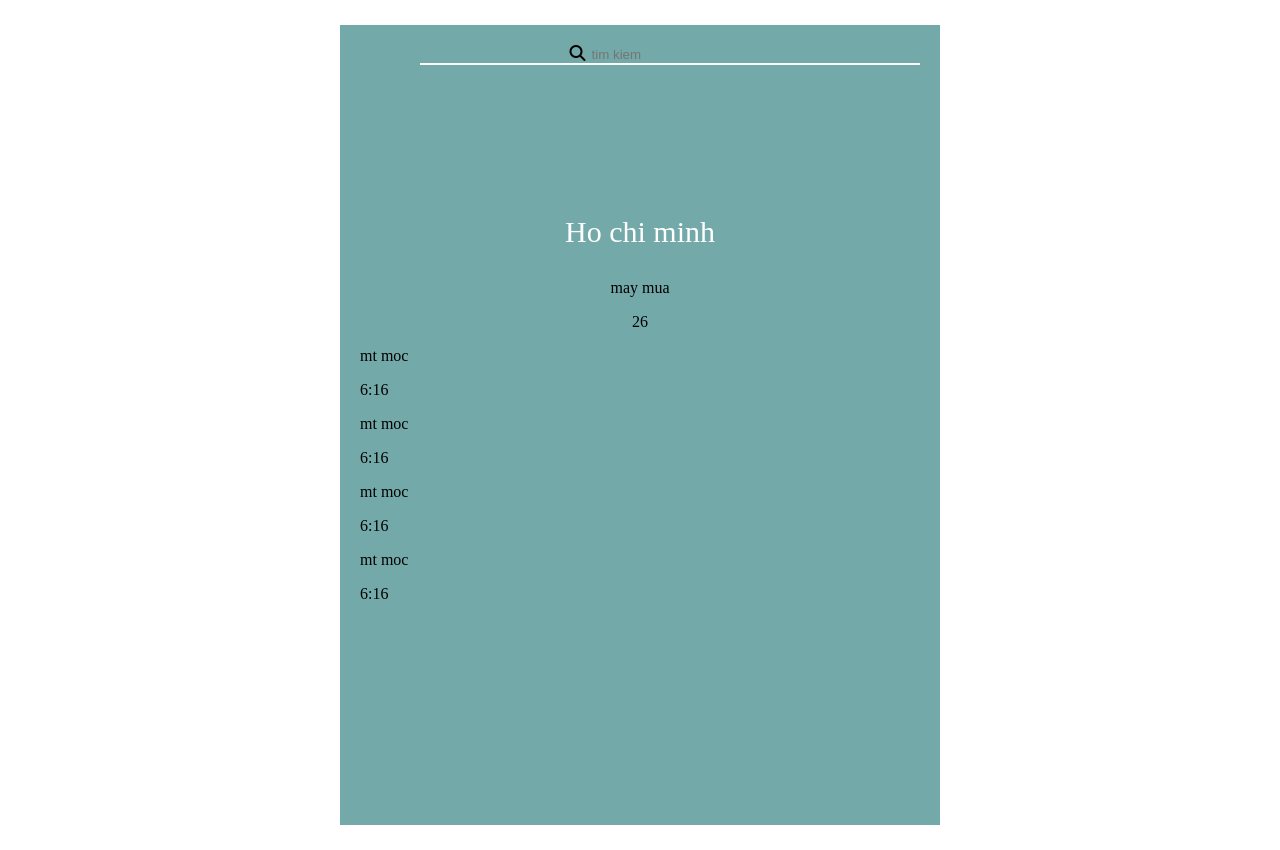
Repository: tienbkvn0605/weatherApp
Page: index.html
The author's editor kept a copy of each file at every save. The page is drawn from the files as they stood at one save, then again after the next save.
The browser window is 1280 px wide. The pictures show the whole page.

Above is the page before, as saved 2022-10-05 16:48:47.

After the next save:
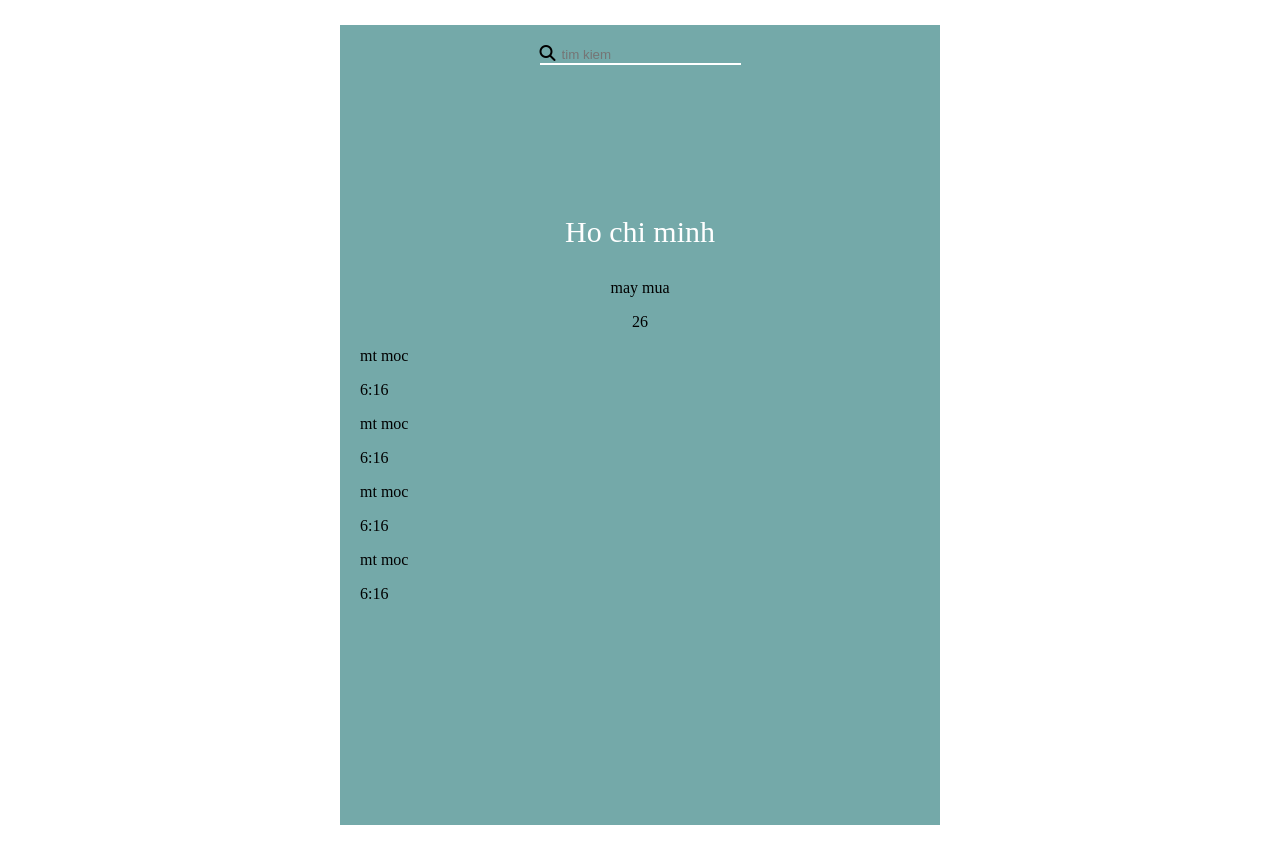
Saved 12 s later.
--- a/appstyle.css
+++ b/appstyle.css
@@ -19,7 +19,7 @@
   border-bottom: 2px solid white;
   padding: 0px 25px 5px 30;
   align-items: center;
-  margin-left: 60px;
+  width: max-content;
   margin-bottom: 150px;
 }
 .search-input {
